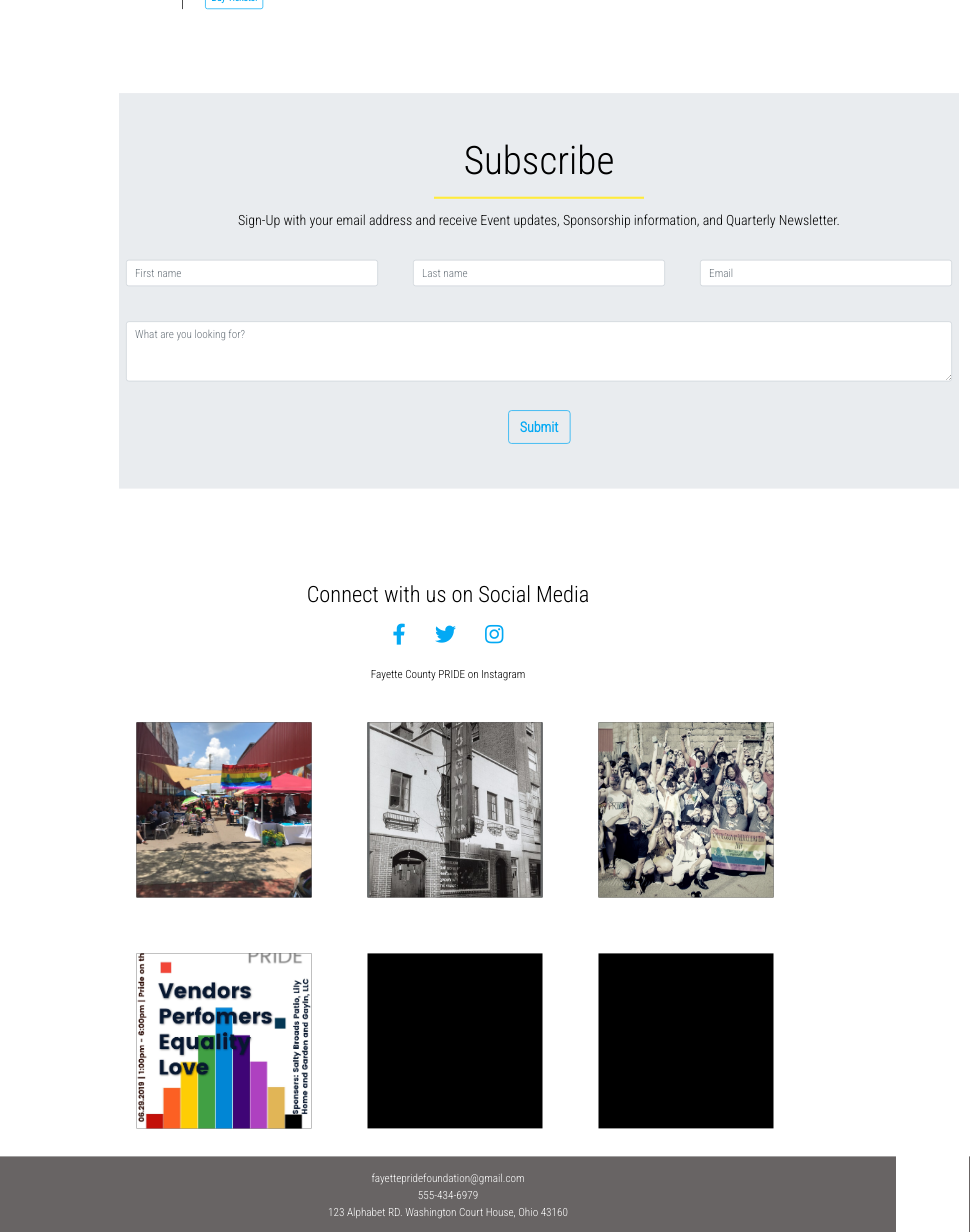
Repository: Code-Institute-Submissions/https-github.com-callendera-Milestone-Project-2
Page: index.html
The author's editor kept a record of every edit. The page is drawn from the files as they stood at one moment, then again after the next edit.
The browser window is 1280 px wide. The page is 1385 px wide, so the pictures cover 1385 px, including what lies to the right of the window. The pictures show the part of the page from y = 3390 to 5150 px (the page is 5150 px tall), at 70% of full size.
Backgrounds fixed to the window are drawn as part of the page. Some web libraries are served in a nearby version.

Above is the page before.

After the next edit:
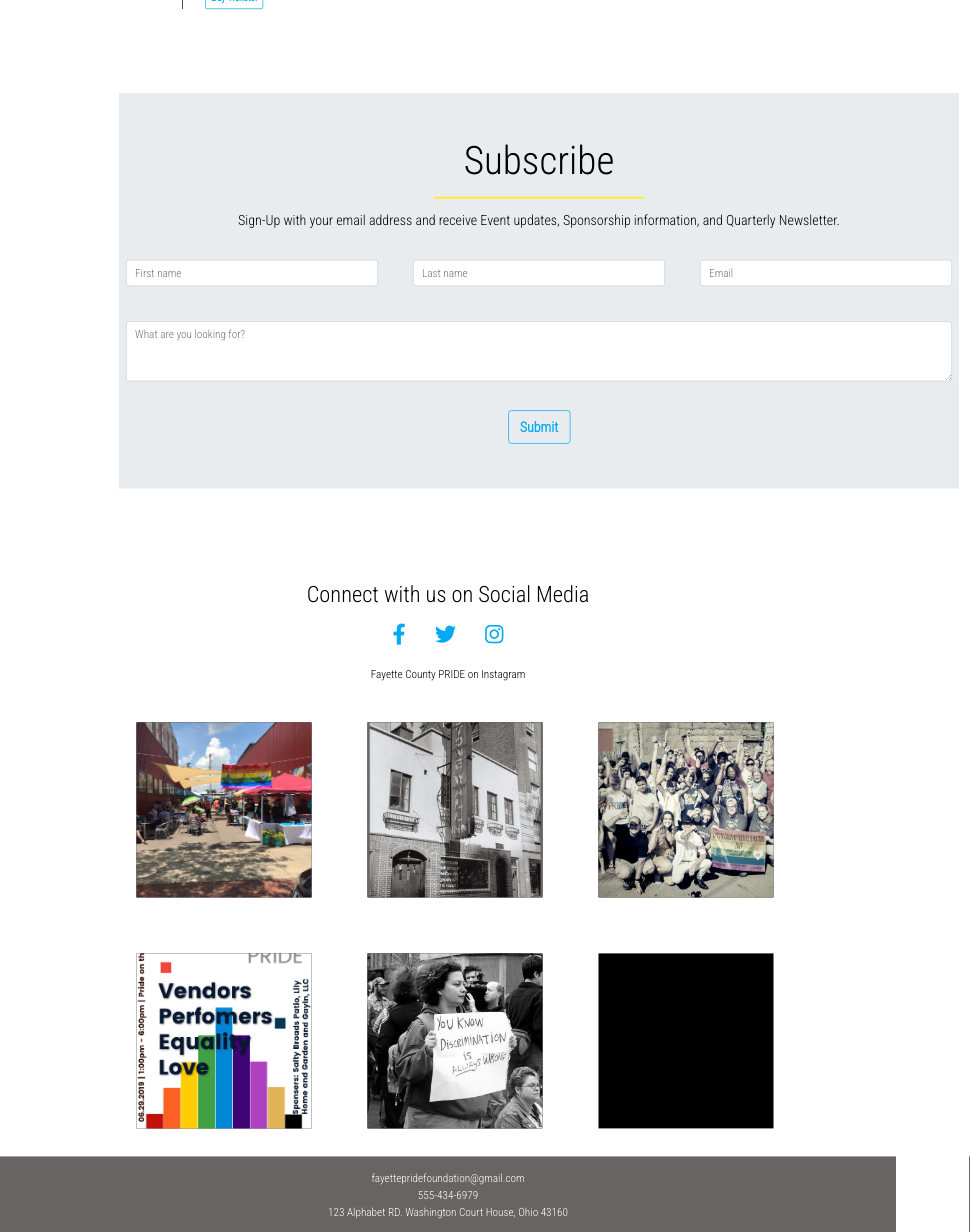
The edit:
--- a/assets/css/style.css
+++ b/assets/css/style.css
@@ -392,6 +392,22 @@
     justify-content: center;
 }
 
+.insta5 {
+    background: url("../images/wrong.png")no-repeat center center;
+    /*--- adjusts background for different browsers ---*/
+    -webkit-background-size: cover;
+    -moz-background-size: cover;
+    -o-background-size: cover;
+    background-size: cover;
+
+    /*--- makes the background fit to the container ---*/
+    overflow: hidden;
+
+    /*--- aligns and justifies text in container ---*/
+    align-items: center;
+    justify-content: center;
+}
+
 .insta-container {
     padding-left: 100px;
 }
